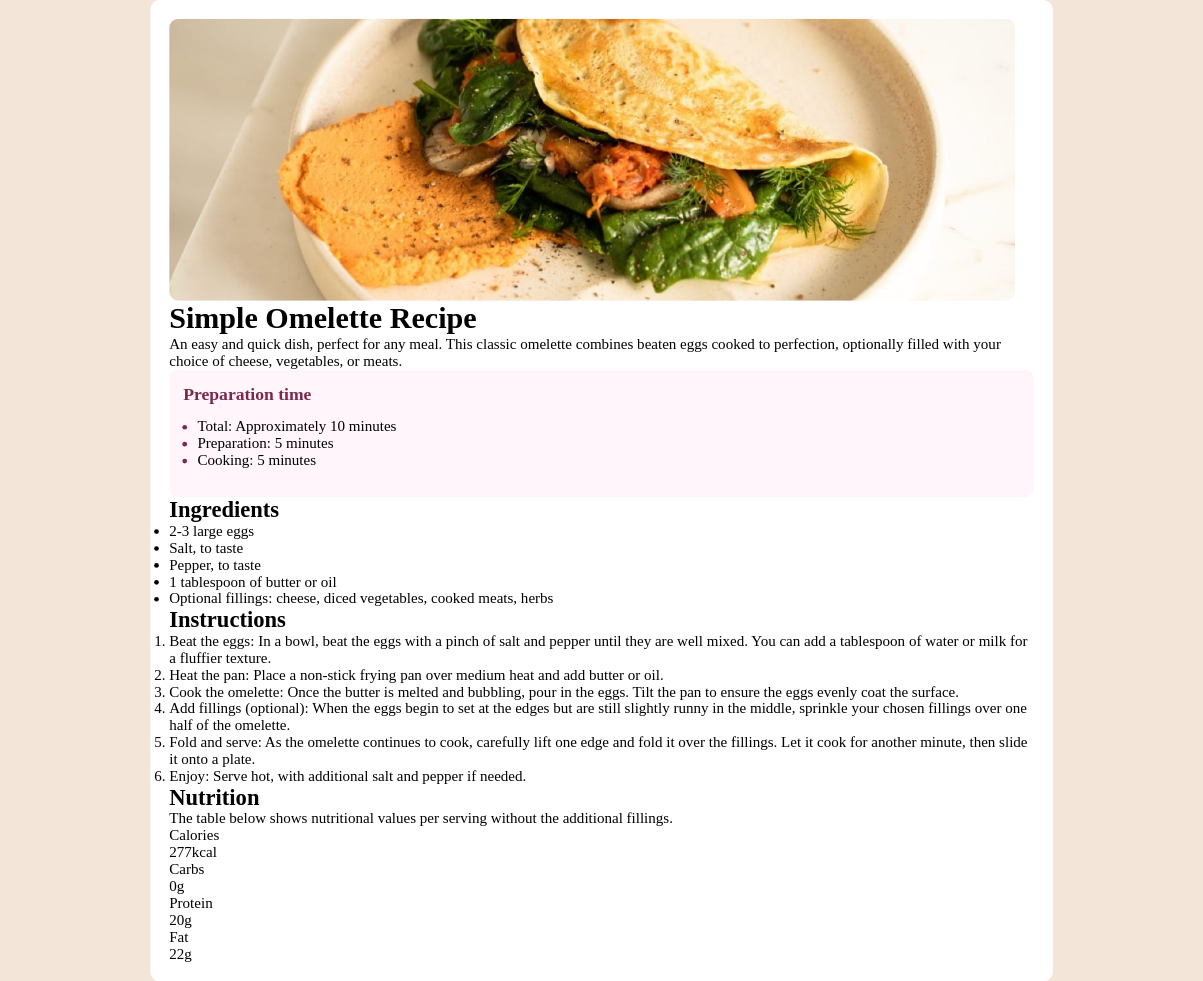
Repository: reemoon-ctrl/mine-recipe-page-main
Page: index1.html
An editor plug-in stored every save of this project. The page is shown before and after a run of saves, followed by the edit.
The browser window is 1280 px wide. The pictures show the whole page, at 94% of full size.

Above is the page before, as saved 2024-08-11 14:35:09.

### index1.html
<!DOCTYPE html>
<html lang="en">
<head>
    <meta charset="UTF-8">
    <meta name="viewport" content="width=device-width, initial-scale=1.0">
    <link rel="stylesheet" href="/style.css">
    <title>ommelette</title>
</head>
<body>
    <div class="page-center">
        <div class="container">
            <header>
            <div class="rec-img"></div>
            <h1>Simple Omelette Recipe</h1>

            <p>An easy and quick dish, perfect for any meal.
            This classic omelette combines beaten eggs cooked
            to perfection, optionally filled with your choice
            of cheese,
            vegetables, or meats.</p>
            </header>

            <div class="prep-time">
                <h3>Preparation time</h3>


                <ul>
                <li>Total: Approximately 10 minutes</li>
                <li>Preparation: 5 minutes</li>
                <li>Cooking: 5 minutes</li>
                </ul>
            </div>

            <h2>Ingredients</h2>
            <ul>
            <li>2-3 large eggs</li>
            <li>Salt, to taste</li>
            <li>Pepper, to taste</li>
            <li>1 tablespoon of butter or oil</li>
            <li>Optional fillings: cheese, diced vegetables, cooked meats, herbs</li>
            </ul>






            <h2>Instructions</h2>
            <ol>
            <li>Beat the eggs: In a bowl, beat the eggs with a pinch of salt and pepper until they are well mixed.
                You can add a tablespoon of water or milk for a fluffier texture.</li>
            <li>Heat the pan: Place a non-stick frying pan over medium heat and add butter or oil.</li>
            <li>Cook the omelette: Once the butter is melted and bubbling, pour in the eggs. Tilt the pan to ensure
                the eggs evenly coat the surface.</li>
            <li>Add fillings (optional): When the eggs begin to set at the edges but are still slightly runny in the
                middle, sprinkle your chosen fillings over one half of the omelette.</li>
            <li>Fold and serve: As the omelette continues to cook, carefully lift one edge and fold it over the
                fillings. Let it cook for another minute, then slide it onto a plate.</li>
            <li>Enjoy: Serve hot, with additional salt and pepper if needed.</li>
            </ol>

            <h2>Nutrition</h2>

            <p>The table below shows nutritional values per serving without the additional fillings.</p>

            <div>Calories</div>
            <div>277kcal</div>

            <div>Carbs</div>
            <div>0g</div>

            <div>Protein</div>
            <div>20g</div>

            <div>Fat</div>
            <div>22g</div>
         </div>
    </div>
</body>
</html>

### style.css
*{
    padding: 0;
    margin: 0;
    box-sizing: border-box;
}
body{
    background: hsl(30, 54%, 90%);
}
.rec-img{

    max-width: 900px;
    border-radius:10px ;
    height: 300px;
    background: url('/image-omelette.jpeg')no-repeat center center/cover;
}
.container{
    background: #fff;
    border-radius: 10px;
    /* margin: auto; */
    max-width:960px;
    padding: 20px;

}
.page-center{
    height: 100vh;
    display: grid;
    grid-template-columns: 960px;
    align-items: center;
    justify-content:space-around;
}
.prep-time{
    background: hsl(330, 100%, 98%);
    padding: 15px;
    border-radius: 10px;
}
.prep-time ul{
    padding: 15px;
}
.prep-time ul li::marker {
    color: hsl(332, 51%, 32%);
  }

h3{
    color: hsl(332, 51%, 32%);
}

After the next 2 saves:
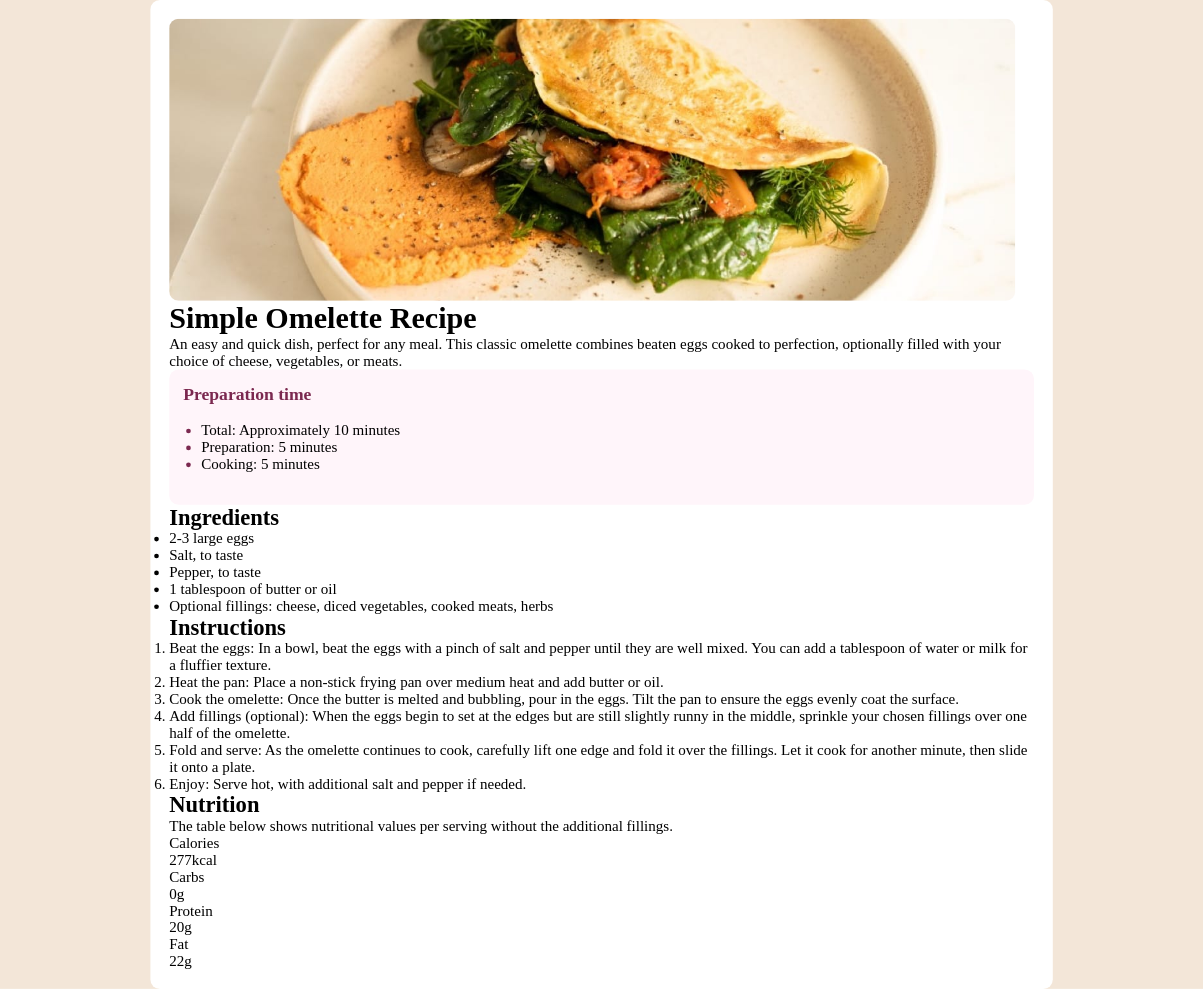
The 2 saves are shown as one change because they came seconds apart.
The last was saved 44 s later.
--- a/style.css
+++ b/style.css
@@ -34,7 +34,7 @@ body{
     border-radius: 10px;
 }
 .prep-time ul{
-    padding: 15px;
+    padding: 19px;
 }
 .prep-time ul li::marker {
     color: hsl(332, 51%, 32%);
